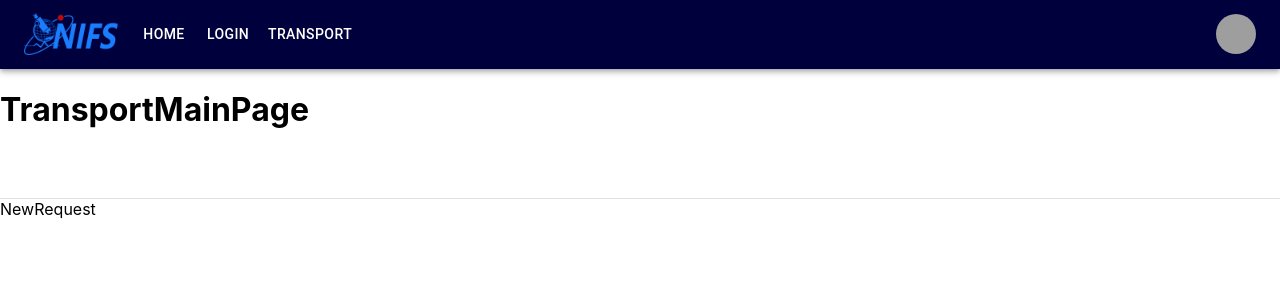
Repository: Ravindu97/NIFS_WebApplication
Page: /transport (app in client/)
An editor plug-in stored every save of this project. The page is shown before and after the next save, followed by the edit.
The browser window is 1280 px wide. The pictures show the whole page.
Pictures or frames that could not be fetched are drawn as grey boxes. The project was rebuilt for these pictures with package versions that can differ from the ones it lists, and the page was loaded fresh each time. Also part of the build but not shown: client/src/pages/Home.js, client/src/pages/Login.js, client/src/components/Transport/RecommendedRequest.js.

Above is the page before, as saved 2022-06-30 19:39:51.

### client/src/index.css
body {
  margin: 0;
  font-family: -apple-system, BlinkMacSystemFont, 'Segoe UI', 'Roboto', 'Oxygen',
    'Ubuntu', 'Cantarell', 'Fira Sans', 'Droid Sans', 'Helvetica Neue',
    sans-serif;
  -webkit-font-smoothing: antialiased;
  -moz-osx-font-smoothing: grayscale;
}

:root{
  --main-navbar-back: #00003c;

}


.nav-logo{
  width: 100px;
  height: auto;
}

.main-navbar{
  background-color: var(--main-navbar-back) !important;
}

### client/src/App.js
import * as React from 'react';
import { BrowserRouter as Router, Route, Routes } from 'react-router-dom';
import Navbar from './components/shared/Navbar';
import Home from './pages/Home';
import Login from './pages/Login';
import TransportMainPage from './pages/TransportMainPage';

function App() {
	return (
		<div>
			<Router>
				<Navbar />
				<Routes>
					<Route exact path="/" element={<Home />} />
					<Route exact path="/login" element={<Login />} />
					<Route exact path="/transport/*" element={<TransportMainPage />} />
				</Routes>
			</Router>
		</div>
	);
}

export default App;

### client/src/components/shared/Navbar.js
import * as React from 'react';
import AppBar from '@mui/material/AppBar';
import Box from '@mui/material/Box';
import Toolbar from '@mui/material/Toolbar';
import IconButton from '@mui/material/IconButton';
import Typography from '@mui/material/Typography';
import Menu from '@mui/material/Menu';
import MenuIcon from '@mui/icons-material/Menu';
import Container from '@mui/material/Container';
import Avatar from '@mui/material/Avatar';
import Button from '@mui/material/Button';
import Tooltip from '@mui/material/Tooltip';
import MenuItem from '@mui/material/MenuItem';
import { Link } from 'react-router-dom';
import Logo from '../../images/nifs_logo.png';

const Navbar = () => {
	const pages = [
		{
			id: 0,
			title: 'Home',
			link: '/',
		},
		{
			id: 2,
			title: 'Login',
			link: '/login',
		},
		{
			id: 2,
			title: 'Transport',
			link: '/transport',
		},
	];

	const settings = [
		{
			id: 0,
			title: 'Home',
			link: '/',
		},
		{
			id: 2,
			title: 'Login',
			link: '/login',
		},
		{
			id: 2,
			title: 'Transport',
			link: '/transport',
		},
	];

	const [anchorElNav, setAnchorElNav] = React.useState(null);
	const [anchorElUser, setAnchorElUser] = React.useState(null);

	const handleOpenNavMenu = (event) => {
		setAnchorElNav(event.currentTarget);
	};
	const handleOpenUserMenu = (event) => {
		setAnchorElUser(event.currentTarget);
	};

	const handleCloseNavMenu = () => {
		setAnchorElNav(null);
	};

	const handleCloseUserMenu = () => {
		setAnchorElUser(null);
	};

	return (
		<AppBar position="static" className="main-navbar">
			<Container maxWidth="xl">
				<Toolbar disableGutters>
					{/* <AdbIcon sx={{ display: { xs: 'none', md: 'flex' }, mr: 1 }} /> */}
					<Box sx={{ display: { xs: 'none', md: 'flex' }, mr: 1 }}>
						<img src={Logo} alt="logo" className="nav-logo" />
					</Box>

					<Box sx={{ flexGrow: 1, display: { xs: 'flex', md: 'none' } }}>
						<IconButton
							size="large"
							aria-label="account of current user"
							aria-controls="menu-appbar"
							aria-haspopup="true"
							onClick={handleOpenNavMenu}
							color="inherit"
						>
							<MenuIcon />
						</IconButton>
						<Menu
							id="menu-appbar"
							anchorEl={anchorElNav}
							anchorOrigin={{
								vertical: 'bottom',
								horizontal: 'left',
							}}
							keepMounted
							transformOrigin={{
								vertical: 'top',
								horizontal: 'left',
							}}
							open={Boolean(anchorElNav)}
							onClose={handleCloseNavMenu}
							sx={{
								display: { xs: 'block', md: 'none' },
							}}
						>
							{pages &&
								pages.map((page) => (
									<MenuItem key={page.id} onClick={handleCloseNavMenu}>
										<Link to={page.link} style={{ textDecoration: 'none' }}>
											<Typography textAlign="center">{page.title}</Typography>
										</Link>
									</MenuItem>
								))}
						</Menu>
					</Box>

					<Box
						sx={{
							mr: 2,
							display: { xs: 'flex', md: 'none' },
							flexGrow: 1,
						}}
					>
						<img src={Logo} alt="logo" className="nav-logo" />
					</Box>

					<Box sx={{ flexGrow: 1, display: { xs: 'none', md: 'flex' } }}>
						{pages &&
							pages.map((page) => (
								<Link to={page.link} style={{ textDecoration: 'none' }}>
									<Button
										key={page.id}
										onClick={handleCloseNavMenu}
										sx={{ my: 2, color: 'white', display: 'block' }}
									>
										{page.title}
									</Button>
								</Link>
							))}
					</Box>

					<Box sx={{ flexGrow: 0 }}>
						<Tooltip title="Open settings">
							<IconButton onClick={handleOpenUserMenu} sx={{ p: 0 }}>
								<Avatar
									alt="Remy Sharp"
									src="https://images.unsplash.com/photo-1566753323558-f4e0952af115?ixlib=rb-1.2.1&ixid=MnwxMjA3fDB8MHxzZWFyY2h8MXx8bWFsZXxlbnwwfHwwfHw%3D&w=1000&q=80"
								/>
							</IconButton>
						</Tooltip>
						<Menu
							sx={{ mt: '45px' }}
							id="menu-appbar"
							anchorEl={anchorElUser}
							anchorOrigin={{
								vertical: 'top',
								horizontal: 'right',
							}}
							keepMounted
							transformOrigin={{
								vertical: 'top',
								horizontal: 'right',
							}}
							open={Boolean(anchorElUser)}
							onClose={handleCloseUserMenu}
						>
							{settings.map((setting) => (
								<MenuItem key={setting.id} onClick={handleCloseUserMenu}>
									<Typography textAlign="center">{setting.title}</Typography>
								</MenuItem>
							))}
						</Menu>
					</Box>
				</Toolbar>
			</Container>
		</AppBar>
	);
};
export default Navbar;

### client/src/pages/TransportMainPage.js
import React from 'react';
import TransportNavbar from '../components/Transport/shared/TransportNavbar';
import { Route, Routes } from 'react-router-dom';
import NewRequest from '../components/Transport/NewRequest';
import RecommendedRequest from '../components/Transport/RecommendedRequest';
function TransportMainPage() {
	return (
		<div>
			<h1>TransportMainPage</h1>
			<TransportNavbar />
			<Routes>
				<Route exact path="/" element={<NewRequest />} />
				<Route exact path="/recommend" element={<RecommendedRequest />} />
			</Routes>
		</div>
	);
}

export default TransportMainPage;

### client/src/components/Transport/shared/TransportNavbar.js
import * as React from 'react';

import Tabs from '@mui/material/Tabs';
import Tab from '@mui/material/Tab';

import Box from '@mui/material/Box';

export default function TransportNavbar() {
	const pages = [
		{
			id: 0,
			title: 'New Request',
			link: '/',
		},
		{
			id: 2,
			title: 'Recommend Request',
			link: '/recommend',
		},
		{
			id: 2,
			title: 'Approve Request',
			link: '/approve',
		},
	];

	return (
		<Box sx={{ width: '100%' }}>
			<Box sx={{ borderBottom: 1, borderColor: 'divider' }}>
				<Tabs>{pages && pages.map((page) => <Tab />)}</Tabs>
			</Box>
		</Box>
	);
}

### client/src/components/Transport/NewRequest.js
import React from 'react';

function NewRequest() {
	return <div>NewRequest</div>;
}

export default NewRequest;

Loaded but not shown: client/src/index.js (common file); client/src/reportWebVitals.js (common file)

After the next save:
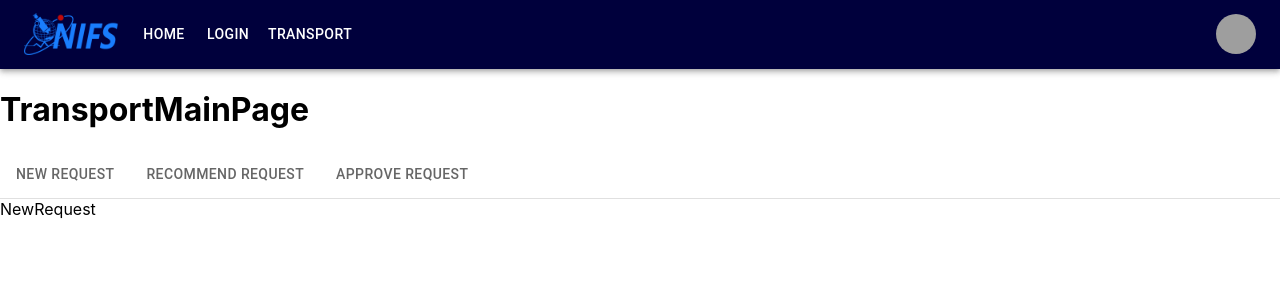
Saved 20 s later.
--- a/client/src/components/Transport/shared/TransportNavbar.js
+++ b/client/src/components/Transport/shared/TransportNavbar.js
@@ -27,7 +27,10 @@ export default function TransportNavbar() {
 	return (
 		<Box sx={{ width: '100%' }}>
 			<Box sx={{ borderBottom: 1, borderColor: 'divider' }}>
-				<Tabs>{pages && pages.map((page) => <Tab />)}</Tabs>
+				<Tabs>
+					{pages &&
+						pages.map((page) => <Tab key={page.id} label={page.title} />)}
+				</Tabs>
 			</Box>
 		</Box>
 	);
